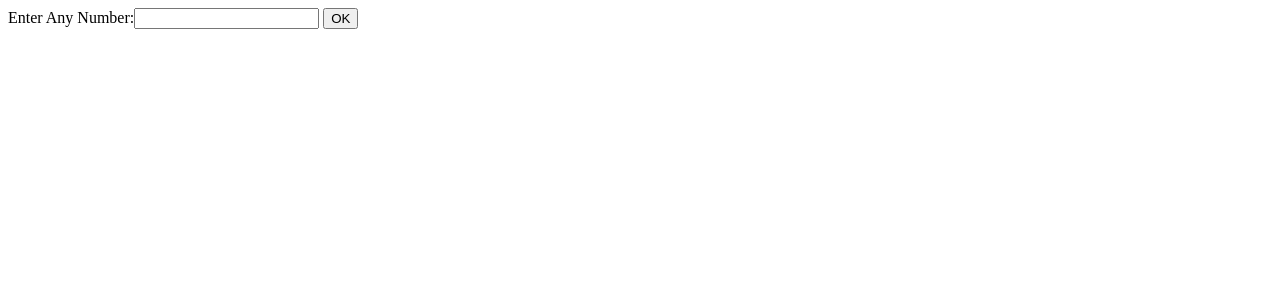
Repository: nikhil-jon12/lecture
Page: JSPDemo/WebContent/index.html
An editor plug-in stored every save of this project. The page is shown before and after the next save, followed by the edit.
The browser window is 1280 px wide. The pictures show the whole page.

Above is the page before, as saved 2019-11-18 09:29:00.

After the next save:
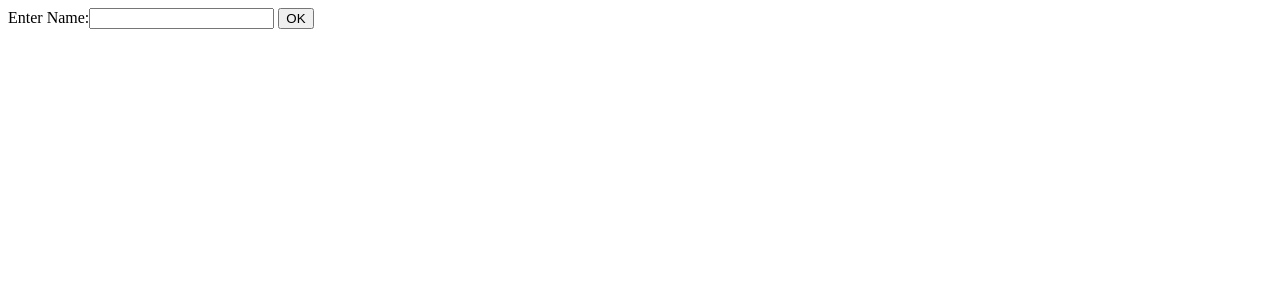
Saved 60 s later.
--- a/JSPDemo/WebContent/index.html
+++ b/JSPDemo/WebContent/index.html
@@ -6,7 +6,7 @@
 </head>
 <body>
 	<form action="table.jsp" method="post">
-		Enter Any Number:<input type="text" name="txtUsername">
+		Enter Name:<input type="text" name="txtUsername">
 		<input type="submit" value="OK">
 	</form>
 </body>
